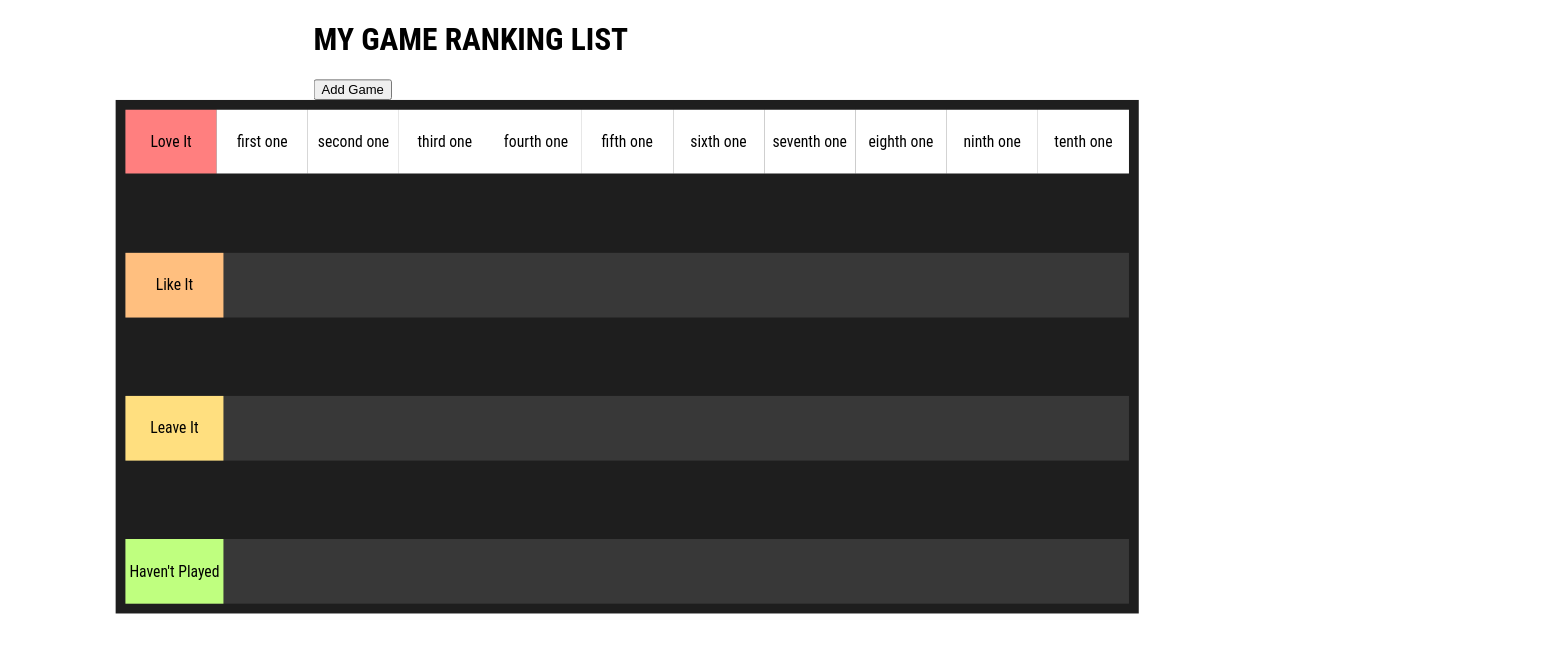
Repository: akiachenise/akiachenise.github.io
Page: JackboxGames_TierList_vanilla/index.html
The author's editor kept a copy of each file at every save. The page is drawn from the files as they stood at one save, then again after the next save.
The browser window is 1280 px wide. The page is 1600 px wide, so the pictures cover 1600 px, including what lies to the right of the window. The pictures show the whole page, at 98% of full size.

Above is the page before, as saved 2022-11-26 16:50:03.

### JackboxGames_TierList_vanilla/index.html
<!DOCTYPE html>
<!--[if lt IE 7]>      <html class="no-js lt-ie9 lt-ie8 lt-ie7"> <![endif]-->
<!--[if IE 7]>         <html class="no-js lt-ie9 lt-ie8"> <![endif]-->
<!--[if IE 8]>         <html class="no-js lt-ie9"> <![endif]-->
<!--[if gt IE 8]>      <html class="no-js"> <!--<![endif]-->
<html lang="en-US">
  <head>
    <meta charset="utf-8" />
    <meta http-equiv="X-UA-Compatible" content="IE=edge" />
    <title>My Game Ranking List</title>
    <meta name="description" content="My Game Ranking" />
    <meta name="viewport" content="width=device-width, initial-scale=1" />
    <link rel="stylesheet" type="text/css" href="css/stylesheet.css" />
    <link rel="stylesheet" href="https://fonts.googleapis.com/css2?family=Roboto&display=swap">
  </head>
  <body>
    <!--[if lt IE 7]>
      <p class="browsehappy">
        You are using an <strong>outdated</strong> browser. Please
        <a href="#">upgrade your browser</a> to improve your experience.
      </p>
    <![endif]-->
    <span class="headerContainer">
        <h1>My Game Ranking List</h1>
        <button id="addCard">Add Game</button>
    </span>
    <div id="board">
        <div class = "row">
            <div class = "label">Love It</div>
            <div class="card" id="first" draggable="true">first one</div>
            <div class="card" id="second" draggable="true">second one</div>
            <div class="card" id="third" draggable="true">third one</div>
            <div class="card" id="fourth" draggable="true">fourth one</div>
            <div class="card" id="fifth" draggable="true">fifth one</div>
            <div class="card" id="sixth" draggable="true">sixth one</div>
            <div class="card" id="seventh" draggable="true">seventh one</div>
            <div class="card" id="eighth" draggable="true">eighth one</div>
            <div class="card" id="ninth" draggable="true">ninth one</div>
            <div class="card" id="ninth" draggable="true">tenth one</div>

        </div>
        <div class = "row">
            <div class = "label">Like It</div>
        </div>
        <div class = "row">
            <div class = "label">Leave It</div>
        </div>
        <div class = "row">
            <div class = "label">Haven't Played</div>
        </div>

    </div>


    <script src="js/cards.js" async defer></script>
    <script src="js/rows.js" async defer></script>
  </body>
</html>

### JackboxGames_TierList_vanilla/css/stylesheet.css
body {
    font-family: 'Roboto Condensed', Sans-serif;
    margin: 0;
    display: flex;
    flex-direction: column;
    align-items: center;
    justify-content: center;
}

.headerContainer {
    display: block;
    width: 100vw;
    align-items: center;
    padding-left: 40rem;

}

h1 {
    text-transform: uppercase;

}
button .addCard {

}

#board {
    display: flex;
    flex-direction: column;
    align-items: center;
    justify-content: space-between;
    padding: 10px;
    width: 80vw;
    height: 70vh;
    background-color: rgb(30, 30, 30);
}

.row {
    display: flex;
    width: 100%;
    height: 13%;
    background-color: rgb(56, 56, 56);
}

.label {
    display: flex;
    justify-content: center;
    align-items: center;
    height: 100%;
    width: 100px;
    background-color: orange;
}

.card {
    height: 100%;
    width: 100px;
    display: flex;
    justify-content: center;
    align-items: center;
    background-color: white;
}

### JackboxGames_TierList_vanilla/js/cards.js
const cards = document.querySelectorAll('.card');

const onDragStart = (event) => {
    console.log('dragging the element');
    event.dataTransfer.setData('id', event.target.id);
    setTimeout(() => {
        event.target.style.visibility = 'hidden';
    }, 50)
}

const onDragEnd = (event) => {
    event.target.style.visibility = 'visible';
    console.log('ended the drag');
}

cards.forEach((card) => {
    card.ondragstart = onDragStart;
    card.ondragend = onDragEnd;


})

### JackboxGames_TierList_vanilla/js/rows.js
const rows = document.querySelectorAll('.row');
const colorRanks = ['rgb(255, 127, 127)', 'rgb(255, 191, 127)', 'rgb(255, 223, 127)' , 'rgb(191, 255, 127)'];

const onDragOver = (event) => {
    event.preventDefault();
}

const onDrop = (event) => {
   event.preventDefault();
   const draggedCardId = event.dataTransfer.getData('id');
   const draggedCard = document.getElementById(draggedCardId);
   event.target.appendChild(draggedCard);
   console.log('dropped the element');
}

rows.forEach((row, index) => {
    const label = row.querySelector('.label');
    label.style.backgroundColor = colorRanks[index];
    row.ondragover = onDragOver;
    row.ondrop = onDrop;
})

After the next save:
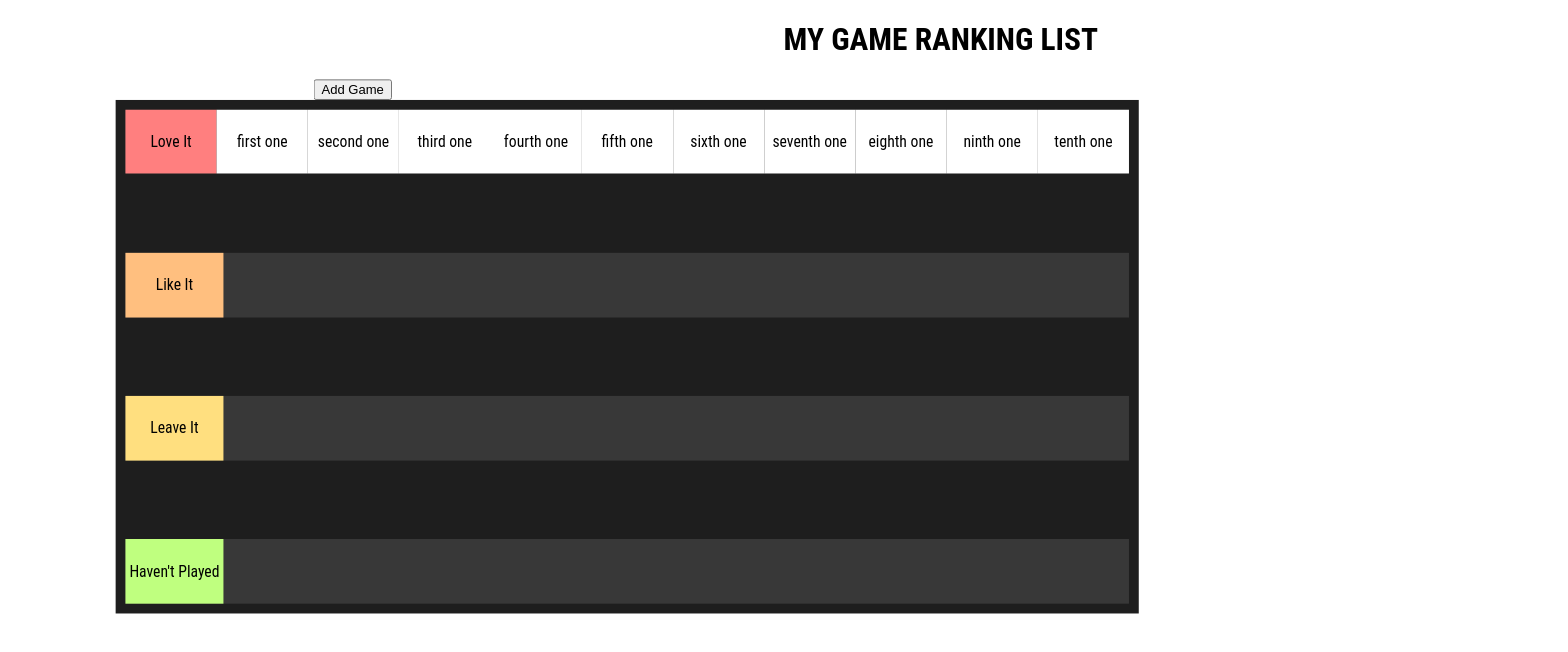
Saved 6 min 48 s later.
--- a/JackboxGames_TierList_vanilla/css/stylesheet.css
+++ b/JackboxGames_TierList_vanilla/css/stylesheet.css
@@ -17,6 +17,10 @@ body {
 
 h1 {
     text-transform: uppercase;
+    text-align: center;
+    text-color: white;
+    background-color: ##0170B9;
+
 
 }
 button .addCard {
